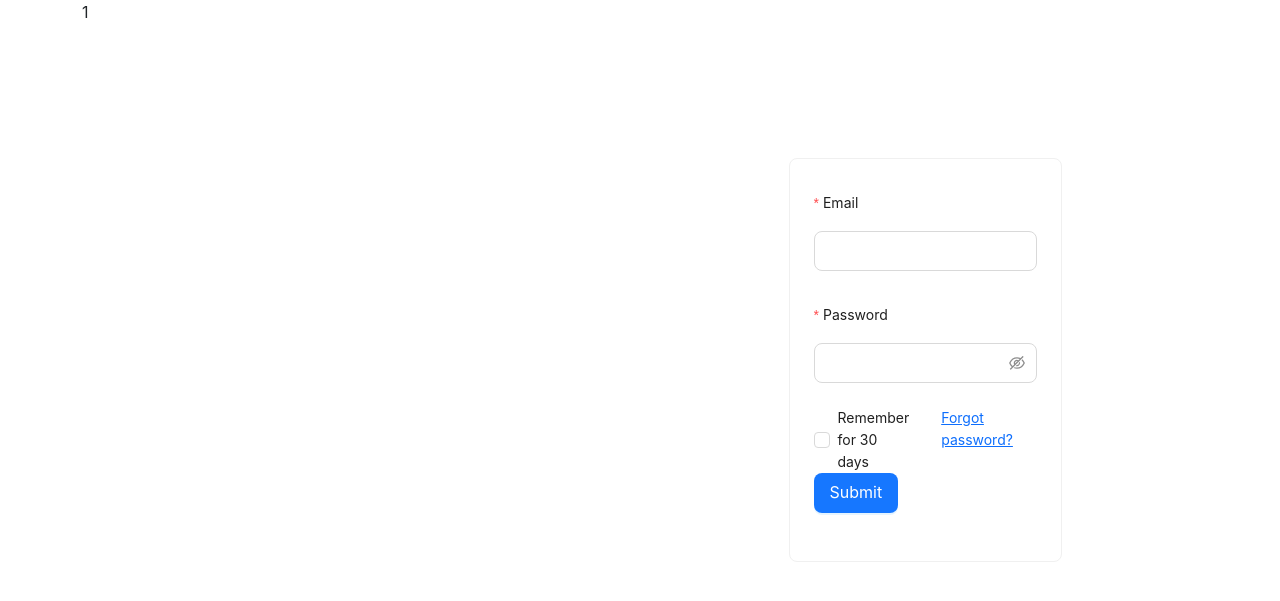
Repository: di-huynh-dev/kanban-inventory-management
Page: /
An editor plug-in stored every save of this project. The page is shown before and after the next save, followed by the edit.
The browser window is 1280 px wide. The pictures show the whole page.
The project was rebuilt for these pictures with package versions that can differ from the ones it lists, and the page was loaded fresh each time. Also part of the build but not shown: src/App.css, src/pages/auth/SignUp.tsx, src/routers/MainRouter.tsx.

Above is the page before, as saved 2024-09-07 12:04:46.

After the next save:
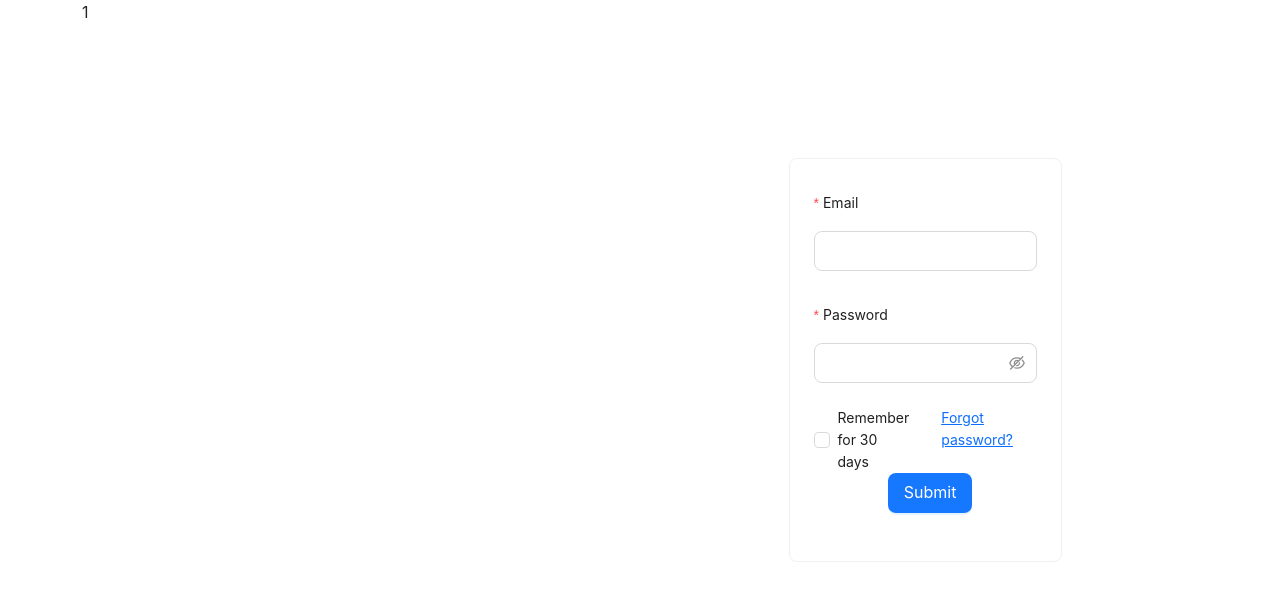
Saved 17 s later.
--- a/src/pages/auth/Login.tsx
+++ b/src/pages/auth/Login.tsx
@@ -54,7 +54,7 @@
             </div>
           </div>
 
-          <Form.Item>
+          <Form.Item wrapperCol={{ offset: 8, span: 16 }}>
             <Button type="primary" loading={isLoading} size="large" htmlType="submit">
               Submit
             </Button>

After the save that followed:
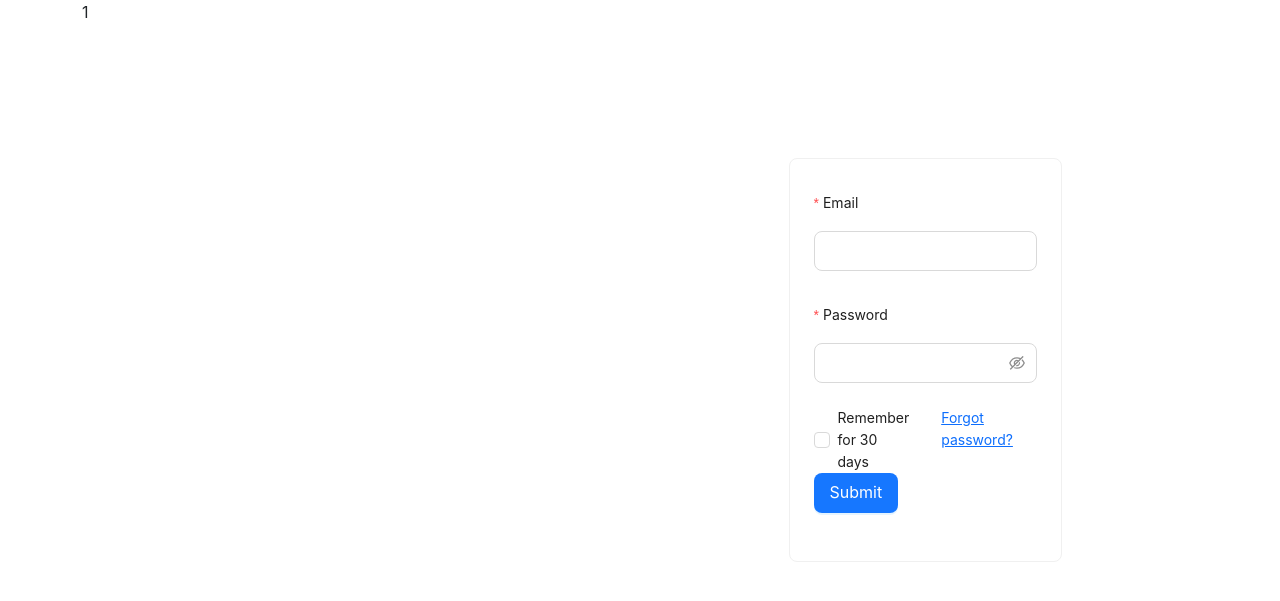
Saved 18 s later.
--- a/src/pages/auth/Login.tsx
+++ b/src/pages/auth/Login.tsx
@@ -54,7 +54,7 @@
             </div>
           </div>
 
-          <Form.Item wrapperCol={{ offset: 8, span: 16 }}>
+          <Form.Item wrapperCol={{ span: 24 }}>
             <Button type="primary" loading={isLoading} size="large" htmlType="submit">
               Submit
             </Button>
